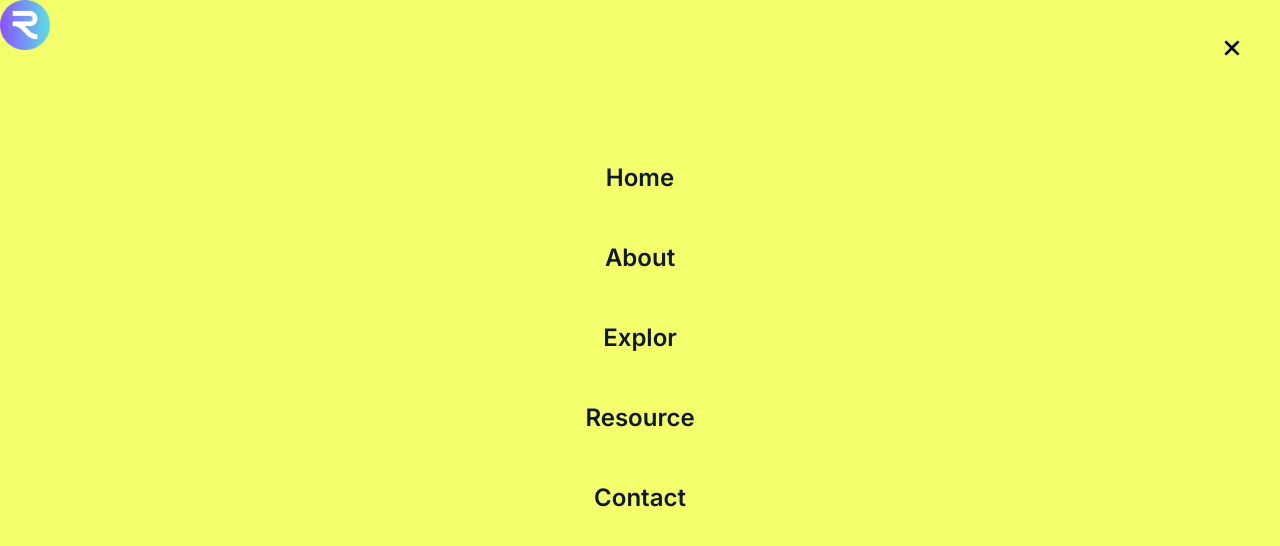
Repository: longblue2910/rimdasilva-ui
Page: /
The author's editor kept a copy of each file at every save. The page is drawn from the files as they stood at one save, then again after the next save.
The browser window is 1280 px wide. The pictures show the whole page.
The project was rebuilt for these pictures with package versions that can differ from the ones it lists, and the page was loaded fresh each time. The framework's server and built-in components were replaced by stand-ins that run in the browser. Also part of the build but not shown: next.config.mjs.

Above is the page before, as saved 2024-08-09 15:58:30.

After the next save:
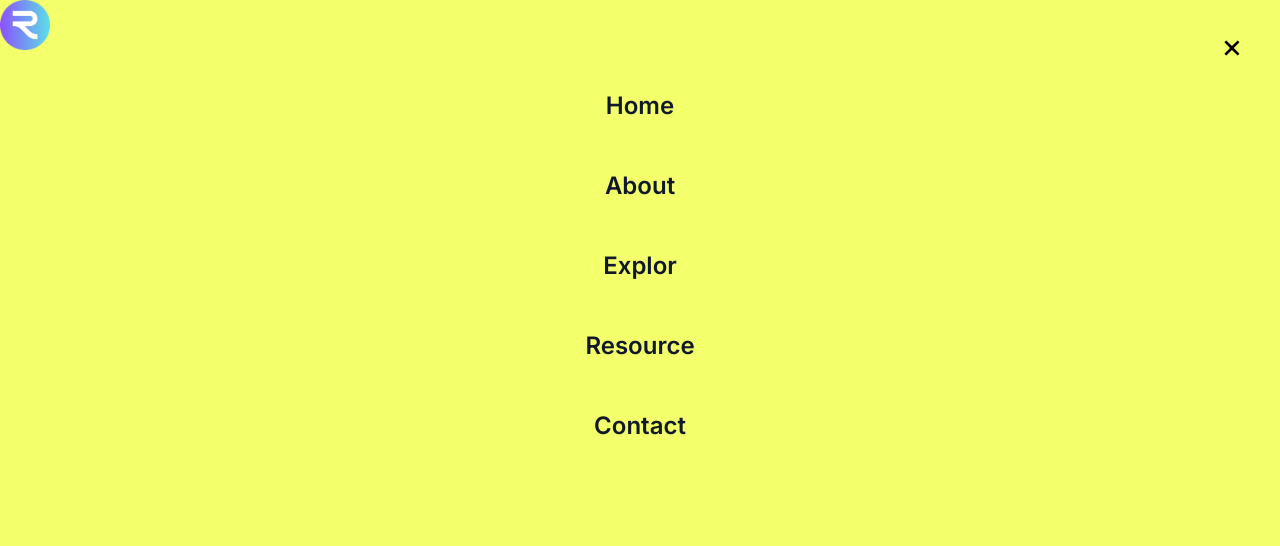
Saved 2 min 19 s later.
--- a/components/Home/Navbar/MobileNav.tsx
+++ b/components/Home/Navbar/MobileNav.tsx
@@ -19,7 +19,7 @@ const MobileNav = () => {
         <BiX className="w-8 h-8 absolute top-[2rem] text-black z-[202] right-[2rem]" />
       </div>
       {/* Nav Links */}
-      <div className="relative z-[201] space-y-12 flex flex-col items-center justify-center h-[80%]">
+      <div className="relative z-[201] space-y-12 flex flex-col items-center justify-center h-[60%]">
         {navLinks.map((link) => {
           return (
             <Link href={link.url} key={link.id}>
